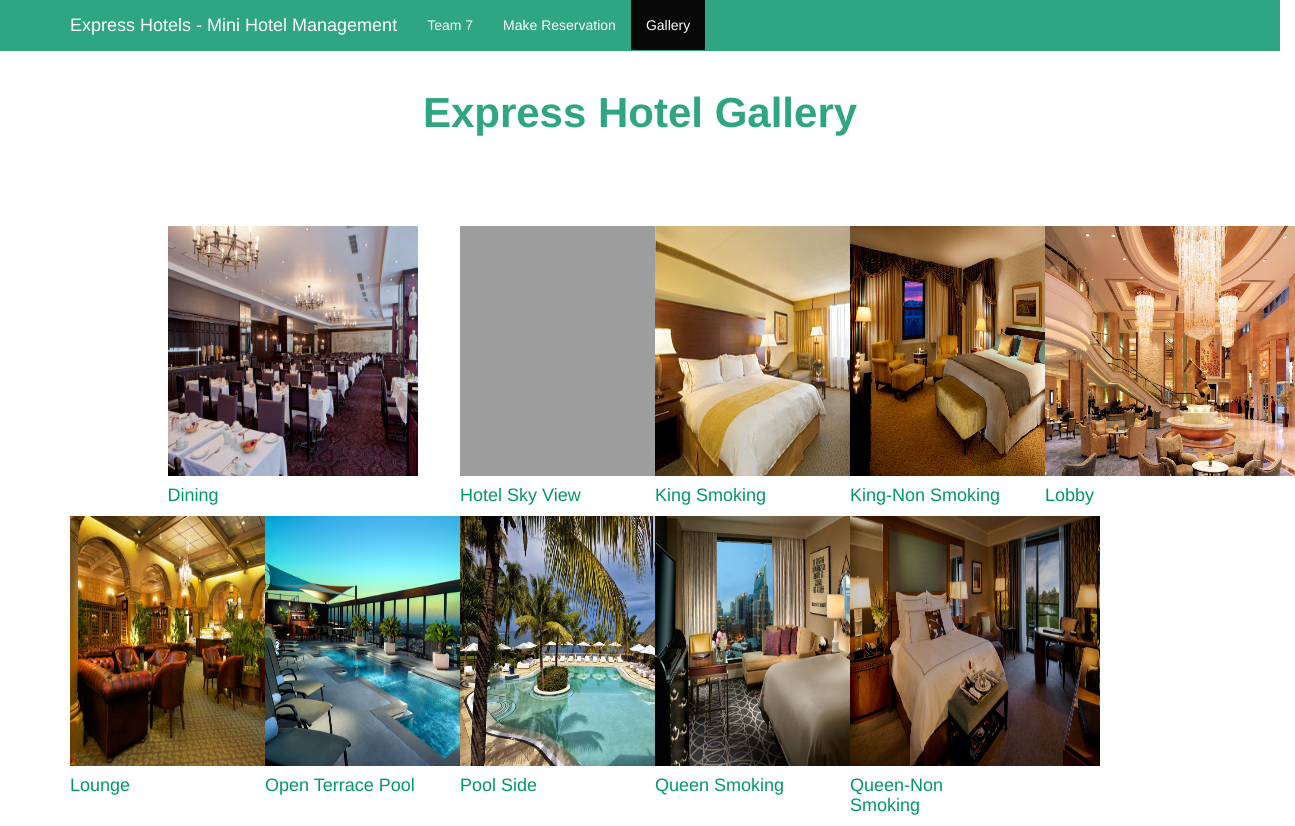
Repository: arjunshukla/CMPE-275_Team-07_Term-Project_Mini-Hotel-Manager
Page: NodeJS_webapp/client/hotel_gallery.html
The author's editor kept a record of every edit. The page is drawn from the files as they stood at one moment, then again after the next edit.
The browser window is 1280 px wide. The page is 1295 px wide, then 1280 px, so the pictures cover 1295 px, including what lies to the right of the window. The pictures show the whole page.
Pictures or frames that could not be fetched are drawn as grey boxes. Some web libraries are served in a nearby version.

Above is the page before.

After the next edit:
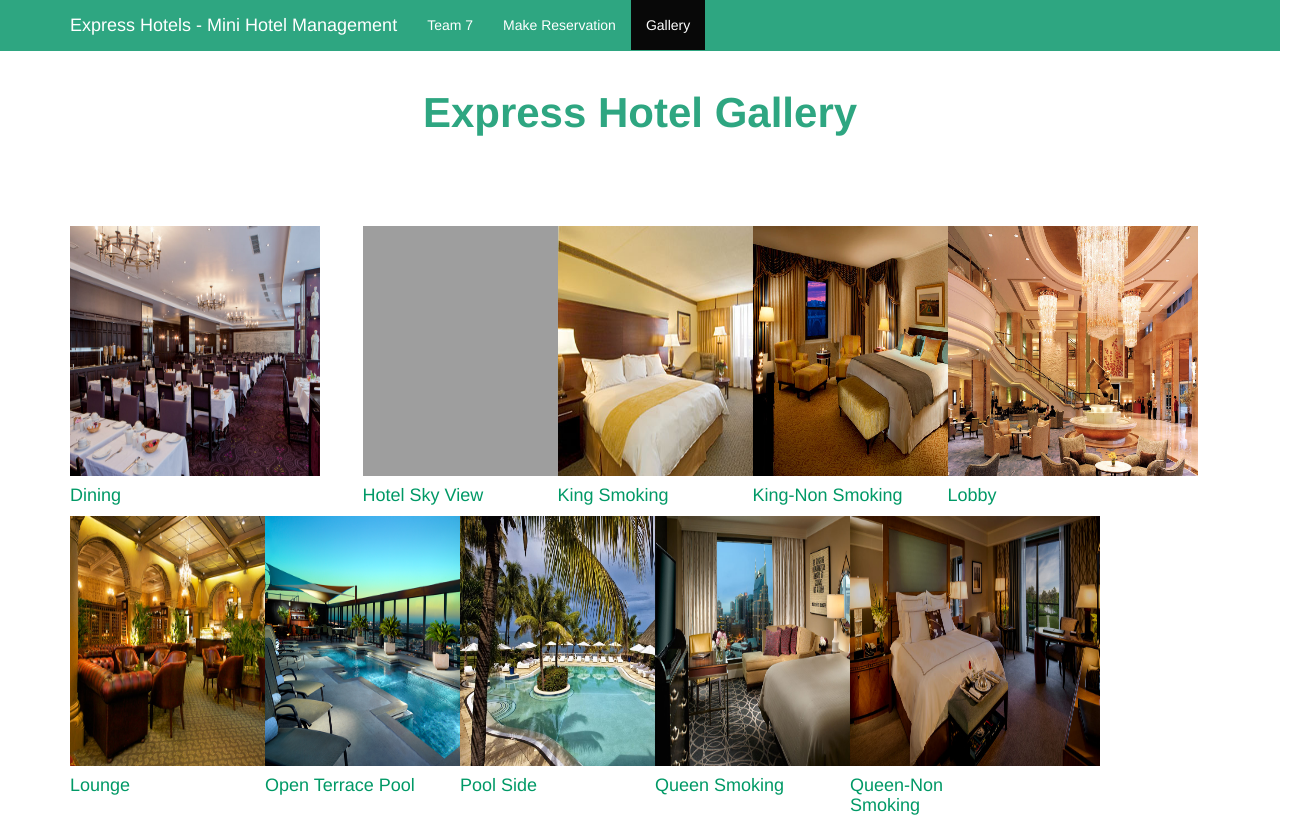
The edit:
--- a/NodeJS_webapp/client/hotel_gallery.html
+++ b/NodeJS_webapp/client/hotel_gallery.html
@@ -88,7 +88,7 @@
                <!--   </br>-->
 
                  <div class="row">
-            <div class="col-md-2 col-md-offset-1">
+            <div class="col-md-2">
 
                 <a href="#" >
                     <img src="images/Dining.jpg" alt="" width="250" height="250" border = "3">
